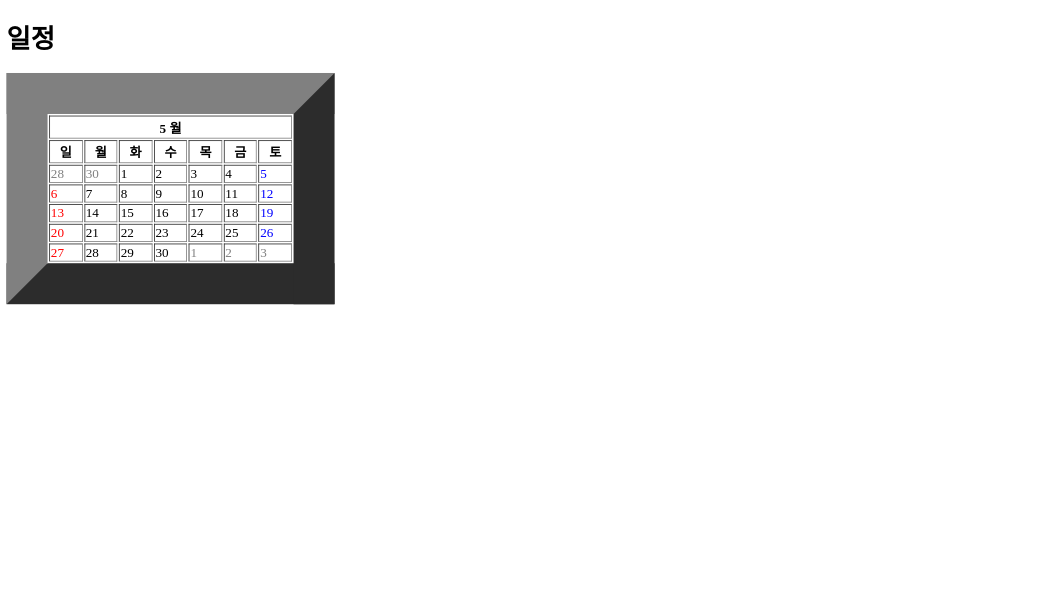
Repository: ssleap/multicampusIoT
Page: workspace190520/edu1/WebContent/workshop.html
An editor plug-in stored every save of this project. The page is shown before and after the next save, followed by the edit.
The browser window is 1280 px wide. The pictures show the whole page, at 82% of full size.

Above is the page before, as saved 2019-05-20 07:40:35.

### workspace190520/edu1/WebContent/workshop.html
<!DOCTYPE html>
<html>
<head>
<meta charset="UTF-8">
<meta name = "viewport" content ="width=device-width, initial-scale=1">
<title>달력</title>
</head>
<body>
	<h1>일정</h1>

	<table width = "400" border = "50">
		<tr><th colspan = "7">5 월</th></tr>
		<tr><th>일</th><th>월</th><th>화</th><th>수</th>
		<th>목</th><th>금</th><th>토</th></tr>
		<tr>
			<td style = "color : grey">28</td><td style = "color : grey">30</td>
			<td>1</td><td>2</td>
			<td>3</td><td>4</td>
			<td style = "color : blue">5</td>
		</tr>
		<tr>
			<td style = "color : red">6</td><td>7</td>
			<td>8</td><td>9</td>
			<td>10</td><td>11</td>
			<td style = "color : blue">12</td>
		</tr>
		<tr>
			<td style = "color : red">13</td><td>14</td>
			<td>15</td><td>16</td>
			<td>17</td><td>18</td>
			<td style = "color : blue">19</td>
		</tr>
		<tr>
			<td style = "color : red">20</td><td>21</td>
			<td>22</td><td>23</td>
			<td>24</td><td>25</td>
			<td style = "color : blue">26</td>
		</tr>
		<tr>
			<td style = "color : red">27</td><td>28</td>
			<td>29</td><td>30</td>
			<td style = "color : grey">1</td><td style = "color : grey">2</td>
			<td style = "color : grey">3</td>
		</tr>
	</table>
</body>
</html>

After the next save:
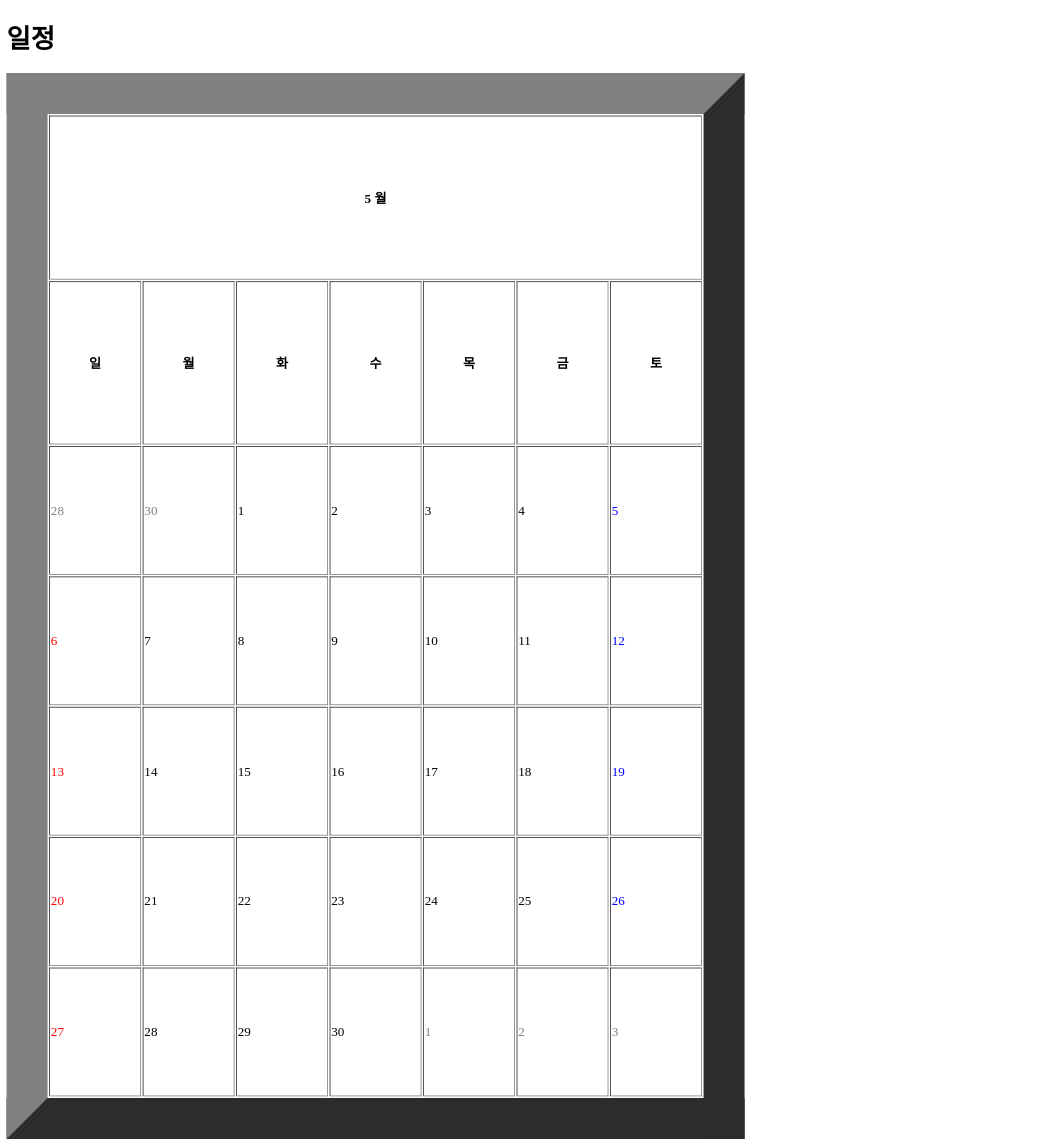
Saved 18 s later.
--- a/workspace190520/edu1/WebContent/workshop.html
+++ b/workspace190520/edu1/WebContent/workshop.html
@@ -8,7 +8,7 @@
 <body>
 	<h1>일정</h1>
 
-	<table width = "400" border = "50">
+	<table width = "900" height = "1300" border = "50">
 		<tr><th colspan = "7">5 월</th></tr>
 		<tr><th>일</th><th>월</th><th>화</th><th>수</th>
 		<th>목</th><th>금</th><th>토</th></tr>
